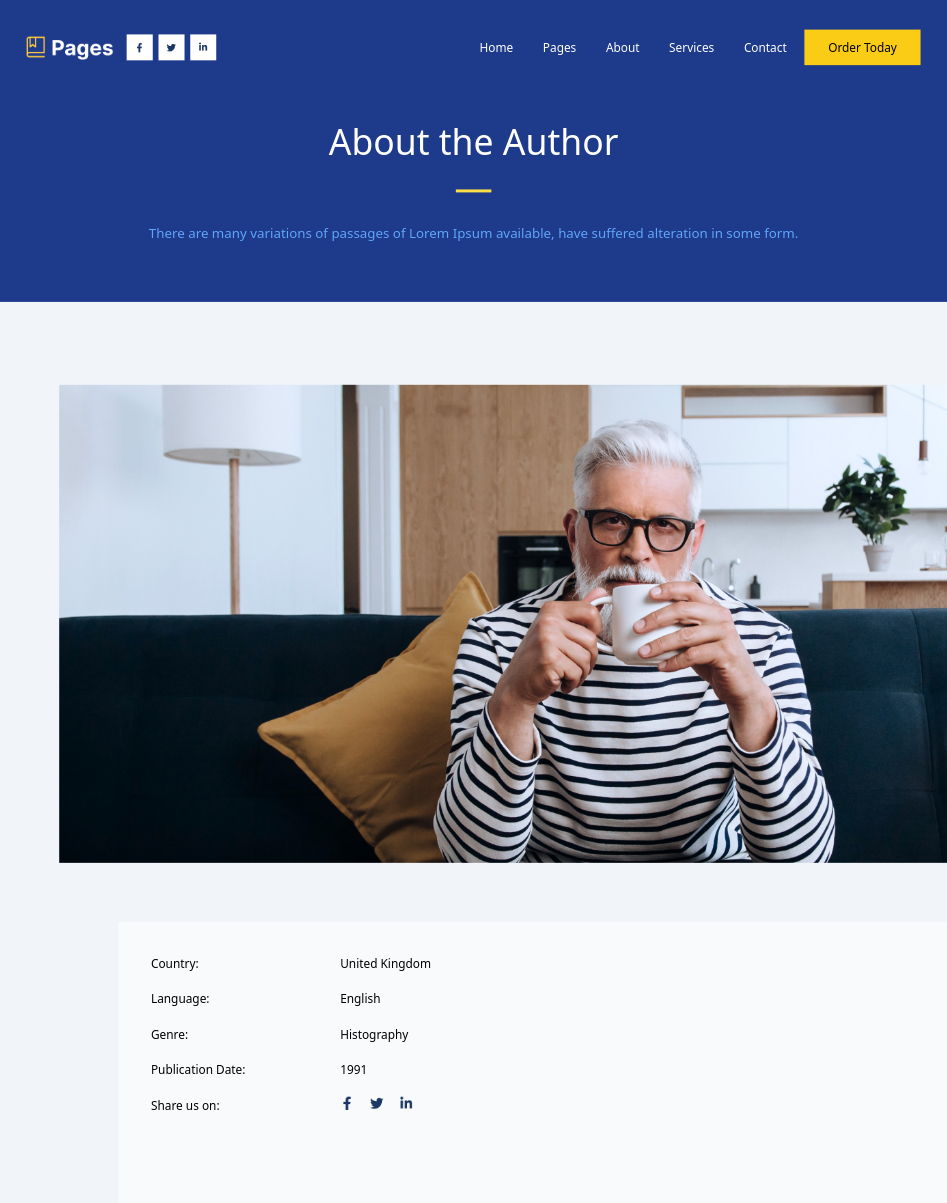
Repository: Godnorg/Class3
Page: index.html
An editor plug-in stored every save of this project. The page is shown before and after the next save, followed by the edit.
The browser window is 1280 px wide. The pictures show the whole page, at 74% of full size.
Some web libraries are served in a nearby version.

Above is the page before, as saved 2023-02-19 02:58:33.

### index.html
<!DOCTYPE html>
<html lang="en">
<head>
    <meta charset="UTF-8">
    <meta http-equiv="X-UA-Compatible" content="IE=edge">
    <meta name="viewport" content="width=device-width, initial-scale=1.0">
    <title>Class3</title>
    <script src="https://cdn.tailwindcss.com"></script>
</head>
<body class="w-full bg-blue-900">
<div class="flex items-center justify-between w-full pt-10 mx-auto px-9 max-w-7xl">
    <div class="flex gap-4 ">
    <img src="./Logo.png">
    <img src="./soc-icons.png" class="h-9">
    </div>
    <div class="flex gap-6">
        <ul class="flex items-center gap-10 text-white">
            <li><a href="#">Home</a></li>
            <li><a href="#">Pages</a></li>
            <li><a href="#">About</a></li>
            <li><a href="#">Services</a></li>
            <li><a href="#">Contact</a></li>
        </ul>
        <button class="px-8 py-3 mx-auto bg-yellow-400 font-sans-serif">Order Today</button>
    </div>
    </div>
    <div class="items-center mx-auto">
    <h1 class="items-center pt-20 pb-10 text-5xl text-center text-white">About the Author</h1>
        <div
            class="items-center w-12 h-1 mx-auto text-center bg-yellow-300">
        </div>
        <p class="items-center pt-10 pb-20 mx-auto text-lg text-center text-blue-400">There are many variations of passages of Lorem Ipsum available, have suffered alteration in some form.</p>
    </div>
    <div class= "bg-slate-100">
        <div class="relative w-full pb-20 pl-20 mx-auto pt-28 max-w-7xl">
        <img src="./oldman2.jpg">
        </div>
        <div class="ml-40 mb- bg-gray-50">
            <div class="flex py-24 mt-0 mr-6 pt-11 px-11">
                <div class="pr-32">
                <h2 class="pb-6">Country:</h2>
                <h2 class="pb-6">Language:</h2>
                <h2 class="pb-6">Genre:</h2>
                <h2 class="pb-6">Publication Date:</h2>
                <h2 class="pb-6">Share us on:</h2>
                </div>
                <div class="px-0">
                <p class="pb-6">United Kingdom</p>
                <p class="pb-6">English</p>
                <p class="pb-6">Histography</p>
                <p class="pb-6">1991</p>
                <img src="./socialmedia.png" class="pb-6">
                </div>
            </div>
        </div>
    </div>

</body>
</html>

After the next save:
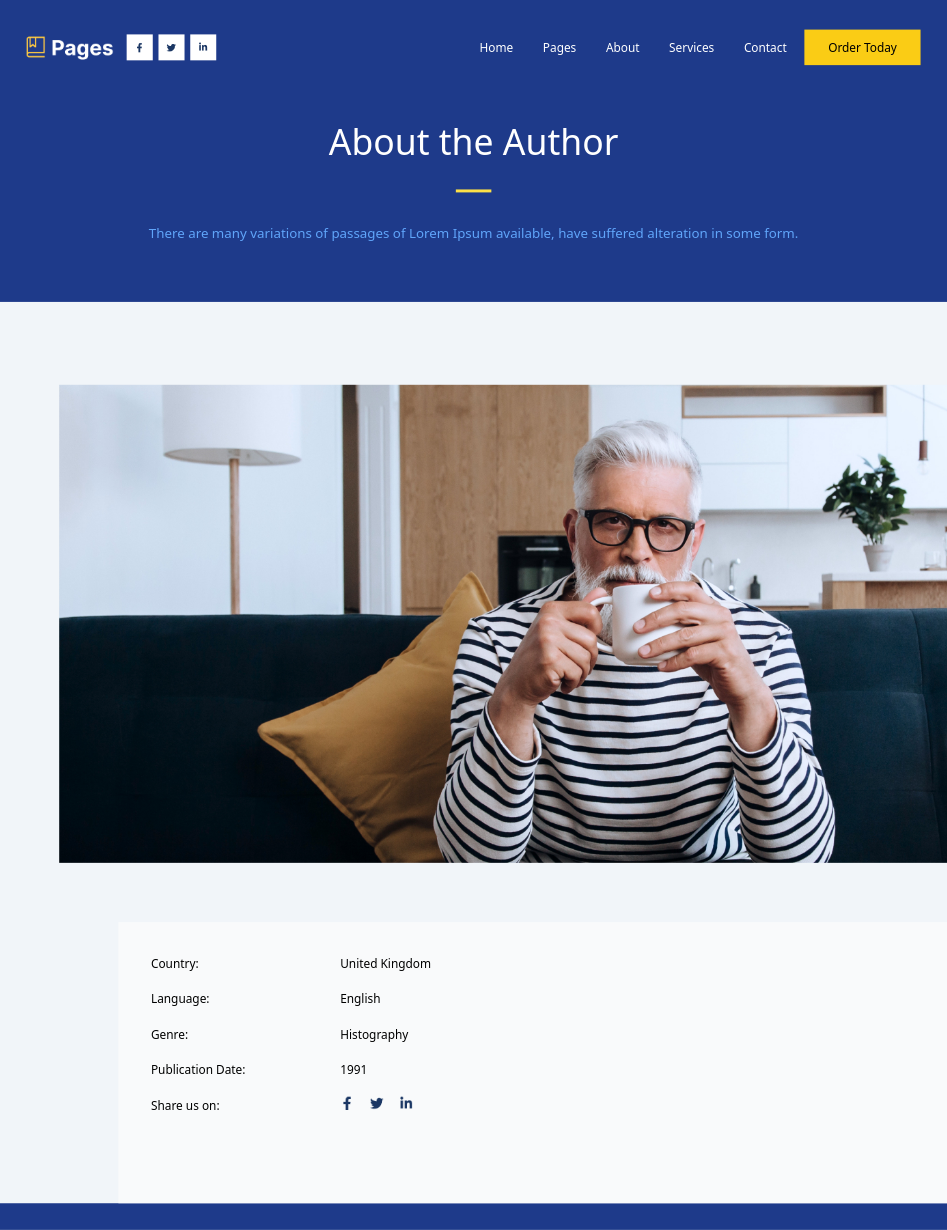
Saved 4 s later.
--- a/index.html
+++ b/index.html
@@ -35,7 +35,7 @@
         <div class="relative w-full pb-20 pl-20 mx-auto pt-28 max-w-7xl">
         <img src="./oldman2.jpg">
         </div>
-        <div class="ml-40 mb- bg-gray-50">
+        <div class="ml-40 mb-9 bg-gray-50">
             <div class="flex py-24 mt-0 mr-6 pt-11 px-11">
                 <div class="pr-32">
                 <h2 class="pb-6">Country:</h2>

After the save that followed:
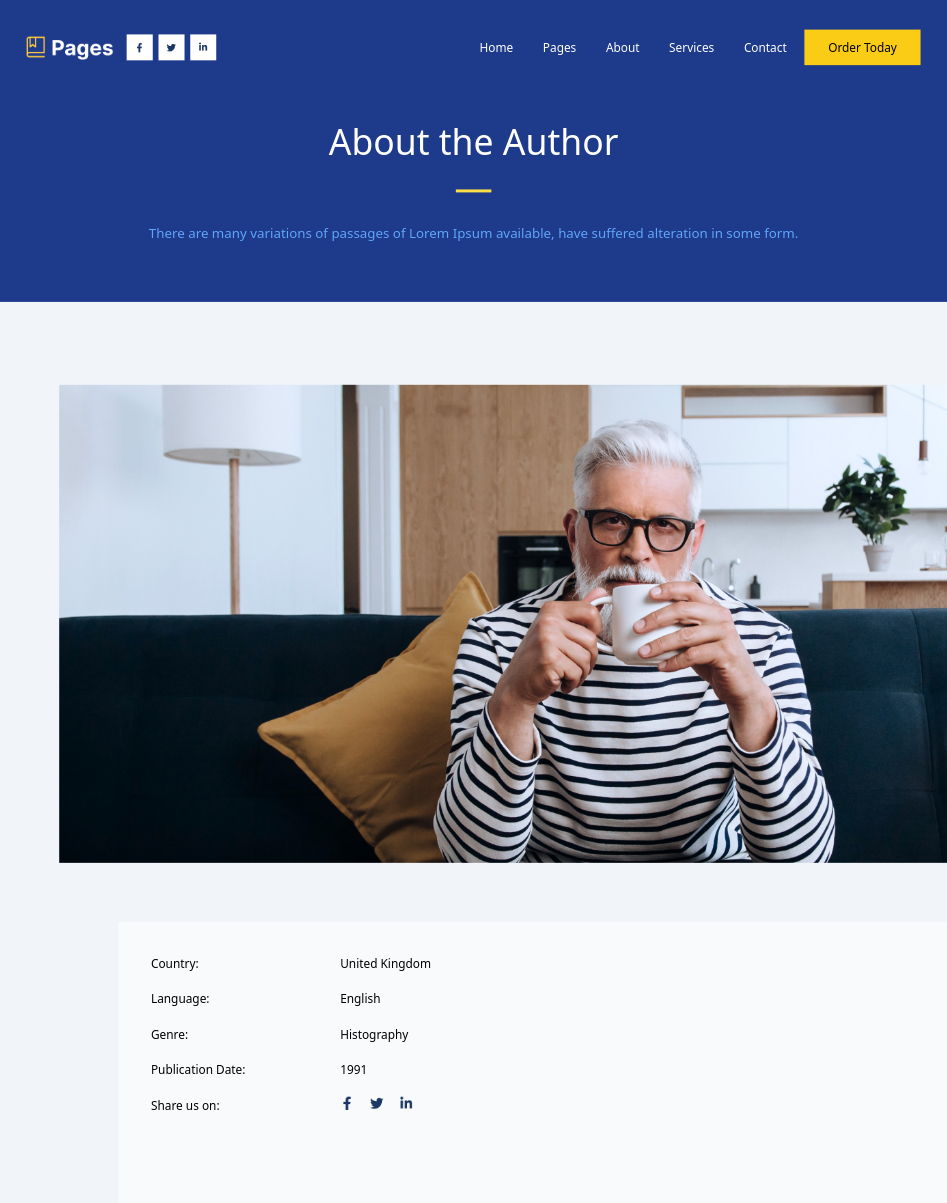
Saved 5 s later.
--- a/index.html
+++ b/index.html
@@ -35,7 +35,7 @@
         <div class="relative w-full pb-20 pl-20 mx-auto pt-28 max-w-7xl">
         <img src="./oldman2.jpg">
         </div>
-        <div class="ml-40 mb-9 bg-gray-50">
+        <div class="ml-40 pb bg-gray-50">
             <div class="flex py-24 mt-0 mr-6 pt-11 px-11">
                 <div class="pr-32">
                 <h2 class="pb-6">Country:</h2>
